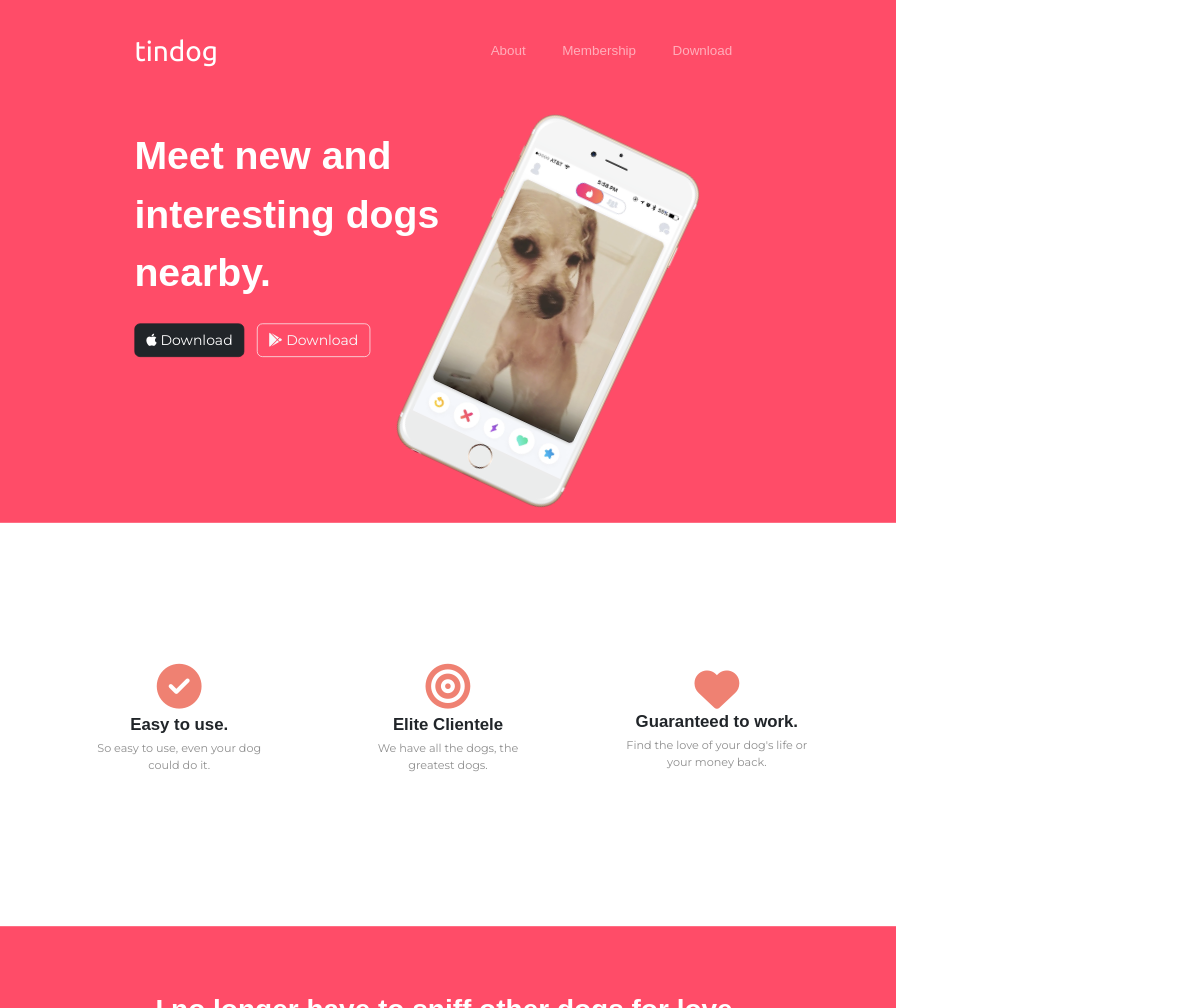
Repository: Mubarak150/tindog-bootstrap-project-brahma
Page: index.html
The author's editor kept a copy of each file at every save. The page is drawn from the files as they stood at one save, then again after the next save.
The browser window is 1280 px wide. The page is 1280 px wide, then 1711 px, so the pictures cover 1711 px, including what lies to the right of the window. The pictures show the part of the page from y = 0 to 1440 px (the page is 2812 px tall before and 2060 px after), at 70% of full size.
Some web libraries are served in a nearby version.

Above is the page before, as saved 2023-08-25 18:47:11.

### index.html
<!DOCTYPE html>
<html>
  <head>
    <meta charset="utf-8" />
    <title>TinDog</title>
    <link rel="preconnect" href="https://fonts.googleapis.com" />
    <link rel="preconnect" href="https://fonts.gstatic.com" crossorigin />
    <link
      href="https://fonts.googleapis.com/css2?family=Montserrat&family=Ubuntu&display=swap"
      rel="stylesheet"
    />

    <link
      href="https://cdn.jsdelivr.net/npm/bootstrap@5.3.1/dist/css/bootstrap.min.css"
      rel="stylesheet"
      integrity="sha384-4bw+/aepP/YC94hEpVNVgiZdgIC5+VKNBQNGCHeKRQN+PtmoHDEXuppvnDJzQIu9"
      crossorigin="anonymous"
    />

    <!-- Include jQuery -->
    <script src="https://code.jquery.com/jquery-3.6.0.min.js"></script>

    <!-- Include Bootstrap JavaScript -->
    <script src="https://stackpath.bootstrapcdn.com/bootstrap/4.5.2/js/bootstrap.min.js"></script>

    <script
      src="https://kit.fontawesome.com/6c5ac58f93.js"
      crossorigin="anonymous"
    ></script>

    <link rel="stylesheet" href="css/styles.css" />
  </head>

  <body>
    <section id="title">
      <div class="container-fluid">
        <!-- Nav Bar -->
        <nav class="navbar navbar-expand-lg navbar-dark">
          <a class="navbar-brand" href="#">tindog</a>
          <button
            class="navbar-toggler"
            style="margin-right: 15px !important"
            type="button"
            data-bs-toggle="collapse"
            data-bs-target="#navbarSupportedContent"
            aria-controls="navbarSupportedContent"
            aria-expanded="false"
            aria-label="Toggle navigation"
          >
            <span class="navbar-toggler-icon"></span>
          </button>
          <div class="collapse navbar-collapse" id="navbarSupportedContent">
            <ul class="navbar-nav ms-auto px-3">
              <li class="nav-item">
                <a class="nav-link" href="#">About</a>
              </li>
              <li class="nav-item">
                <a class="nav-link" href="#">Membership</a>
              </li>
              <li class="nav-item">
                <a class="nav-link" href="#">Download</a>
              </li>
            </ul>
          </div>
        </nav>

        <!-- Title -->

        <div class="row">
          <div class="col-lg-6">
            <h1 class="banner-h1">Meet new and interesting dogs nearby.</h1>
            <button type="button" class="download-btn btn btn-dark btn-lg">
              <i class="fa-brands fa-apple" style="color: white"></i> Download
            </button>
            <button
              type="button"
              class="download-btn btn btn-outline-light btn-lg"
            >
              <i class="fa-brands fa-google-play"></i> Download
            </button>
          </div>
          <div class="col-lg-6">
            <img
              class="image-banner"
              src="images/iphone6.png"
              alt="iphone-mockup"
            />
          </div>
        </div>
      </div>
    </section>

    <!-- Features -->

    <section id="features" class="row row-feature">
      <div class="col-lg-4 col-feature">
        <h1>
          <i
            class="fa-solid fa-circle-check feature-icon"
            style="color: #ef8172"
          ></i>
        </h1>
        <h3 class="feature-h1">Easy to use.</h3>
        <p class="feature-p">So easy to use, even your dog could do it.</p>
      </div>

      <div class="col-lg-4 col-feature">
        <h1>
          <i
            class="fa-solid fa-bullseye feature-icon"
            style="color: #ef8172"
          ></i>
        </h1>
        <h3 class="feature-h1">Elite Clientele</h3>
        <p class="feature-p">We have all the dogs, the greatest dogs.</p>
      </div>

      <div class="col-lg-4 col-feature">
        <i class="fa-solid fa-heart feature-icon" style="color: #ef8172"></i>
        <h3 class="feature-h1">Guaranteed to work.</h3>
        <p class="feature-p">
          Find the love of your dog's life or your money back.
        </p>
      </div>
    </section>

    <!-- Testimonials -->

    <section id="testimonials">
      <div
        id="carouselExampleIndicators"
        class="carousel slide"
        data-ride="carousel"
      >
        <div class="carousel-testimonial">
          <div class="carousel-inner">
            <div class="carousel-item active">
              <h2>
                I no longer have to sniff other dogs for love. I've found the
                hottest Corgi on TinDog. Woof.
              </h2>
              <img
                class="image-testimonial"
                src="images/dog-img.jpg"
                alt="dog-profile"
              />
              <em>Pebbles, New York</em>
            </div>
            <div class="carousel-item">
              <h2 class="testimonial-text">
                My dog used to be so lonely, but with TinDog's help, they've
                found the love of their life. I think.
              </h2>
              <img
                class="image-testimonial"
                src="images/lady-img.jpg"
                alt="lady-profile"
              />
              <em>Beverly, Illinois</em>
            </div>
          </div>
        </div>
        <a
          class="carousel-control-prev"
          href="#carouselExampleIndicators"
          role="button"
          data-slide="prev"
        >
          <span class="carousel-control-prev-icon" aria-hidden="true"></span>
        </a>
        <a
          class="carousel-control-next"
          href="#carouselExampleIndicators"
          role="button"
          data-slide="next"
        >
          <span class="carousel-control-next-icon" aria-hidden="true"></span>
        </a>
      </div>
    </section>

    <!-- Press -->

    <section id="press">
      <img class="press-logo" src="images/techcrunch.png" alt="tc-logo" />
      <img class="press-logo" src="images/tnw.png" alt="tnw-logo" />
      <img
        class="press-logo"
        src="images/bizinsider.png"
        alt="biz-insider-logo"
      />
      <img class="press-logo" src="images/mashable.png" alt="mashable-logo" />
    </section>

    <!-- Pricing -->

    <section id="pricing">
      <h2>A Plan for Every Dog's Needs</h2>
      <p>Simple and affordable price plans for your and your dog.</p>

      <div class="row pricing-row" >
        <div class="column-prices col-md-6 col-lg-4">

            <div class="card">
              <div class="card-header">
                <h3>Chihuahua</h3>
              </div>
              <div class="card-body">
                <h2>Free</h2>
                <p>5 Matches Per Day</p>
                <p>10 Messages Per Day</p>
                <p>Unlimited App Usage</p>

                <div class="d-grid gap-2">
                  <button class="btn btn-dark" type="button">Sign Up</button>
                </div>


              </div>
              <div class="card-footer"></div>
            </div>
          </div>


          <div class="column-prices col-md-6 col-lg-4">
            <div class="card">
              <div class="card-header">
                <h3>Labrador</h3>
              </div>
              <div class="card-body">
                <h2>$49 / mo</h2>
                <p>Unlimited Matches</p>
                <p>Unlimited Messages</p>
                <p>Unlimited App Usage</p>
                <div class="d-grid gap-2">
                  <button class="btn btn-outline-dark" type="button">Sign Up</button>
                </div>
              </div>
              <div class="card-footer"></div>
            </div>
          </div>

          <div class="column-prices col-lg-4">
            <div class="card">
              <div class="card-header">
                <h3>Mastiff</h3>
              </div>
              <div class="card-body">
                <h2>$99 / mo</h2>
                <p>Pirority Listing</p>
                <p>Unlimited Matches</p>
                <p>Unlimited Messages</p>
                <div class="d-grid gap-2">
                  <button class="btn btn-dark" type="button">Sign Up</button>
                </div>
              </div>
              <div class="card-footer">

              </div>
            </div>
          </div>
        </div>
     </section>

    <!-- Call to Action -->

    <section id="cta">
      <h3>Find the True Love of Your Dog's Life Today.</h3>
      <button type="button">Download</button>
      <button type="button">Download</button>
    </section>

    <!-- Footer -->

    <footer id="footer">
      <p>© Copyright TinDog</p>
    </footer>
    <script
      src="https://cdn.jsdelivr.net/npm/bootstrap@5.3.1/dist/js/bootstrap.bundle.min.js"
      integrity="sha384-HwwvtgBNo3bZJJLYd8oVXjrBZt8cqVSpeBNS5n7C8IVInixGAoxmnlMuBnhbgrkm"
      crossorigin="anonymous"
    ></script>
  </body>
</html>

### css/styles.css
#title {
  background-color: #ff4c68;
  font-family: 'Montserrat';
  font-weight: light;


}
.container-fluid {
  padding: 3% 15%;
}
.banner-h1 {
  font-family: 'Montserrat-Black', sans-serif;
  font-size: 3.5rem;
  line-height: 1.5;
  color: white;
  font-weight: 900;
}
                                                  /* NAVIGATION BAR */

.navbar {
  padding: 0 0 4.5rem;
}

.navbar-brand {
  font-family: 'ubuntu';
  font-size: 2.5rem;
  font-weight: 400;
}

.nav-item {
  padding: 0 18px;
}

.nav-link {
  font-size: 1.2rem;
  font-family: 'Montserrat-Light', sans-serif;
}

.download-btn {
  margin: 5% 3% 5% 0;
}

                                            /* BANNER SECTION */

.image-banner {
  width: 60%;
  transform: rotate(25deg);
  position: relative;
}

                                            /* FEATURES SECTOIN */

#features {
 text-align: center;
 background-color: white;
 position: relative;
}

.row-feature {
  padding: 0 5%;
  margin: 0;
  height: 80vh;
  align-items: center;
}

.feature-h1 {
  font-family: 'Montserrat-Black', sans-serif;
  font-weight: 900;
  font-size: 1.5rem;
}
.col-feature {
  padding: 0 5%;
}
.feature-p {
  font-family: 'Montserrat', sans-serif;
  font-weight: 400;
  color: #8f8f8f;
}

.feature-icon {
  font-size: 4rem;
  color: #ef8172;
}

.feature-icon:hover {
  color: #000;
}

                                                            /* TESTIMONIALS SECTION  */
#testimonials {
  background-color: #ff4c68;
  text-align: center;

  color: #fff;

}

.carousel-testimonial {
  padding: 7% 15%;
}


h2 {
  font-family: 'Montserrat-Black', sans-serif;
  font-size: 2.5rem;
  line-height: 1.5;
  font-weight: 800;
}

h3 {
  font-family: 'Montserrat-Black', sans-serif;
  font-size: 1.5rem;
  font-weight: 800;
}

.image-testimonial {
  border-radius: 100%;
  width: 10%;
  margin: 20px;
}

                                                                   /* PRESS SECTION  */
#press {
  background-color: #ff4c68;
  text-align: center;
  padding-bottom: 3%;
}

.press-logo {
  width: 15%;
  margin: 20px 20px 50px;
}

                                                                   /* PRESS SECTION  */
#pricing {
  text-align: center;
  padding: 10%;
}

.pricing-row {
  margin: 0;
}

.column-prices {
  padding: 3% 2%;
  margin: 0px;
}

After the next save:
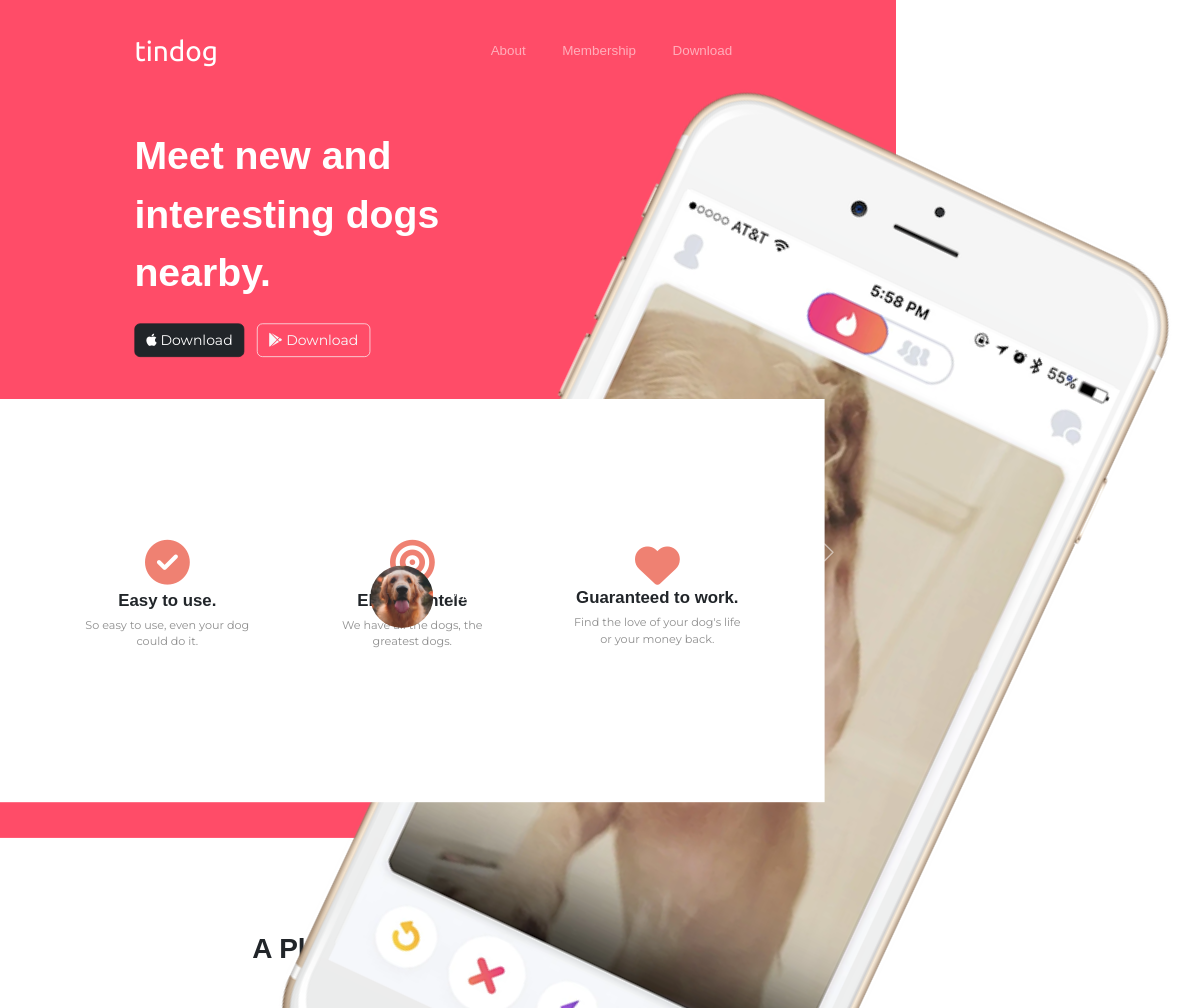
Saved 75 s later.
--- a/css/styles.css
+++ b/css/styles.css
@@ -45,7 +45,7 @@
 .image-banner {
   width: 60%;
   transform: rotate(25deg);
-  position: relative;
+  position: absolute;
 }
 
                                             /* FEATURES SECTOIN */
@@ -53,7 +53,7 @@
 #features {
  text-align: center;
  background-color: white;
- position: relative;
+ position: absolute;
 }
 
 .row-feature {
